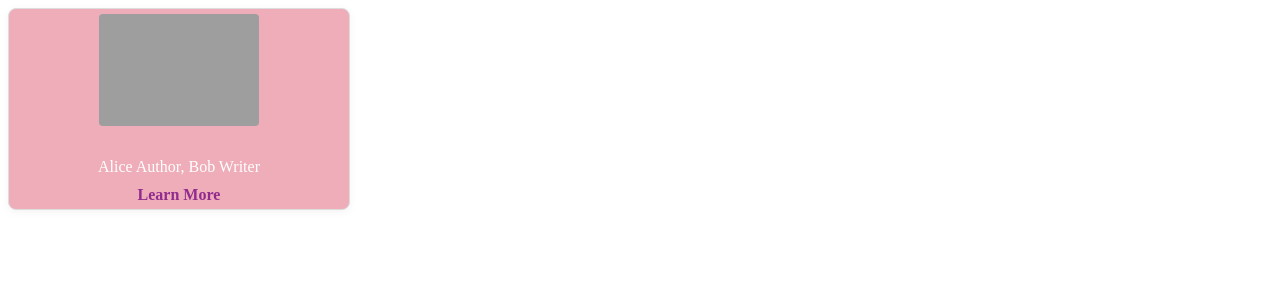
Repository: Micaelavalmores/BookCatalog
Page: /
The author's editor kept a copy of each file at every save. The page is drawn from the files as they stood at one save, then again after a run of saves.
The browser window is 1280 px wide. The pictures show the whole page.
Pictures or frames that could not be fetched are drawn as grey boxes. The project was rebuilt for these pictures with package versions that can differ from the ones it lists, and the page was loaded fresh each time. Also part of the build but not shown: vite.config.js, src/index.css.

Above is the page before, as saved 2025-09-16 22:52:28.

### index.html
<!doctype html>
<html lang="en">
  <head>
    <meta charset="UTF-8" />
    <meta name="viewport" content="width=device-width, initial-scale=1.0" />
    <title>Book Catalog</title>
  </head>
  <body>
    <div id="root"></div>
    <script type="module" src="/src/main.jsx"></script>
  </body>
</html>

### src/main.jsx
import React from 'react';
import { createRoot } from 'react-dom/client';
import './index.css';
import Book from './assets/book.jsx';

const root = createRoot(document.getElementById("root"));

root.render(
  <React.StrictMode>
    <Book
      image="https://img.freepik.com/free-vector/stack-colorful-books_1308-171744.jpg?semt=ais_incoming&w=740&q=80"
      authors="Alice Author, Bob Writer"
      link="https://example.com/book-info"
    />
  </React.StrictMode>
);

### src/assets/book.jsx

import React from "react";
import "./book.css";

const book = ({ image, title, authors, link }) => (
  <div className="book-container">
    <img className="book-image" src={image} alt={title} />
    <div className="book-info">
      <h2 className="book-title">{title}</h2>
      <p className="book-authors">{authors}</p>
      <a className="book-link" href={link} target="_blank" rel="noopener noreferrer">
        Learn More
      </a>
    </div>
  </div>
);

export default book;

### src/assets/book.css
.book-container {
    max-width: 20em;
    border: 1px solid #ddd;
    border-radius: 8px;
    padding: 5px 10px;
    display: flex;
    flex-direction: column;
    align-items: center;
    background: #fff;
    box-shadow: 0 2px 8px rgba(0,0,0,0.05);
    background: rgb(238, 173, 184);
  }

  .book-image {
    width: 50%;
    height: 7em;
    object-fit: cover;
    margin-bottom: 12px;
    border-radius: 4px;
  }

  .book-info {
    width: 100%;
    text-align: center;
  }


  .book-authors {
    color: #ffffff;
    margin-bottom: 10px;
  }

  .book-link {
    display: inline-block;
    color: #902c8e;
    text-decoration: none;
    font-weight: bold;
    transition: color 0.2s;
  }

  .book-link:hover {
    color: #0056b3;
  }

After the next 2 saves:
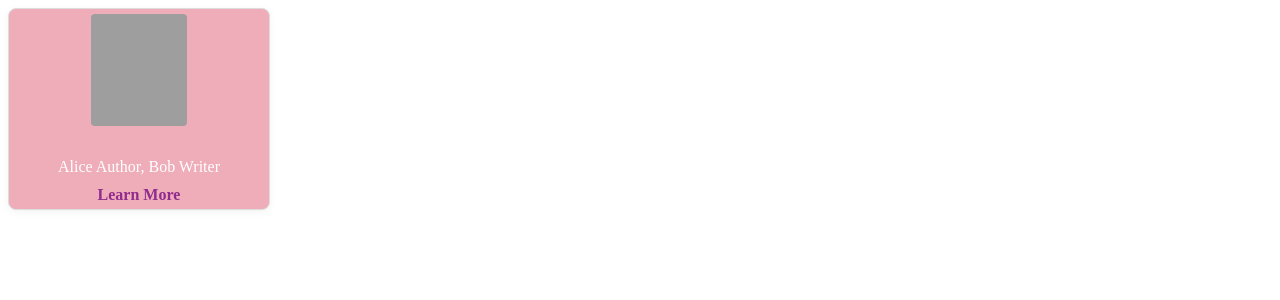
The 2 saves are shown as one change because they came seconds apart.
The last was saved 10 s later.
--- a/src/assets/book.css
+++ b/src/assets/book.css
@@ -1,5 +1,5 @@
 .book-container {
-    max-width: 20em;
+    max-width: 15em;
     border: 1px solid #ddd;
     border-radius: 8px;
     padding: 5px 10px;
@@ -12,7 +12,7 @@
   }
 
   .book-image {
-    width: 50%;
+    width: 6em;
     height: 7em;
     object-fit: cover;
     margin-bottom: 12px;
